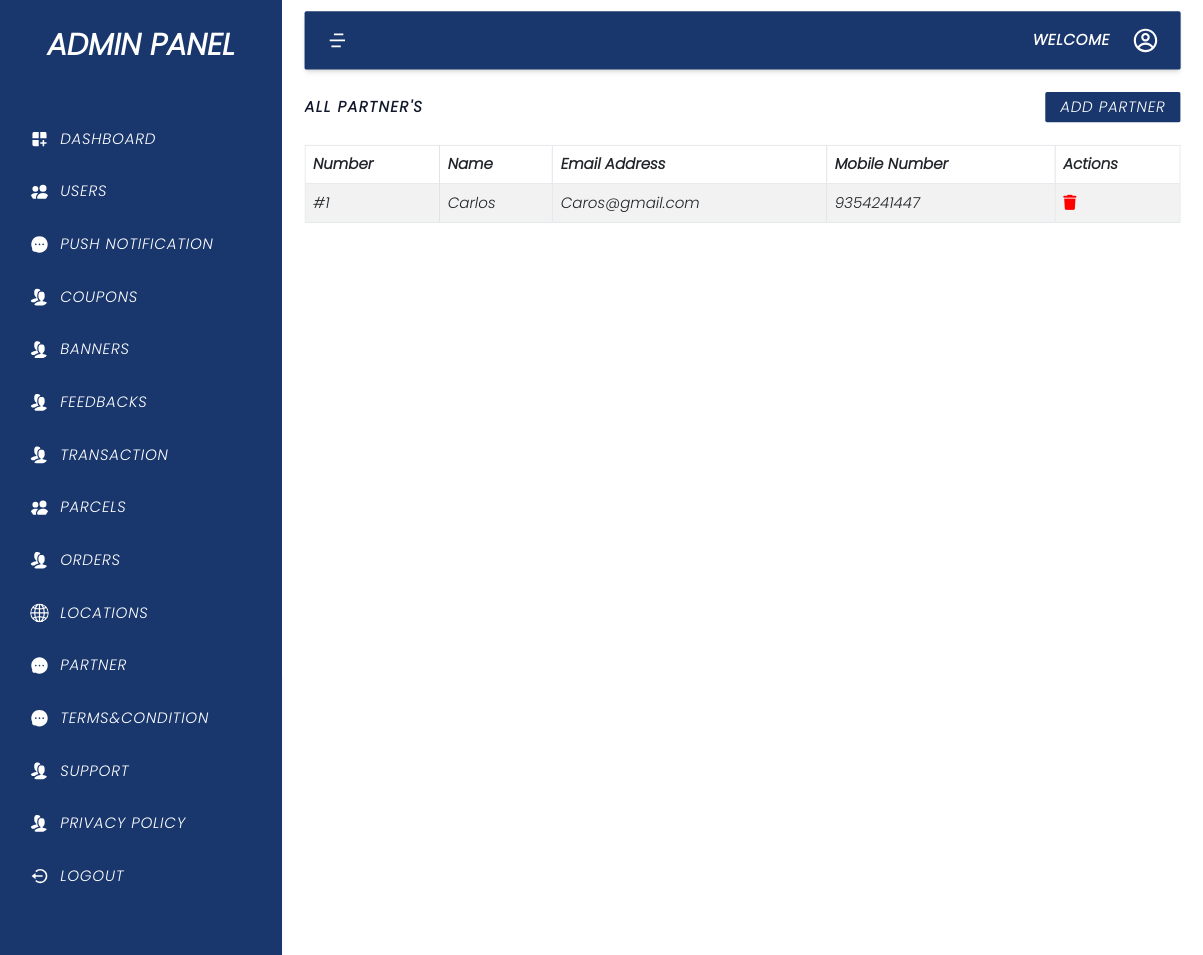
Repository: FlyweisReact/sarita
Page: /kundli
An editor plug-in stored every save of this project. The page is shown before and after a run of saves, followed by the edit.
The browser window is 1280 px wide. The pictures show the whole page, at 94% of full size.
Some web libraries are served in a nearby version. The project was rebuilt for these pictures with package versions that can differ from the ones it lists, and the page was loaded fresh each time. Also part of the build but not shown: src/vendorPanel/forms/VendorLogin.jsx, src/vendorPanel/pages/AdminDiscount.js, src/vendorPanel/pages/AdminReview.js, src/vendorPanel/pages/Astrologers.js, src/vendorPanel/pages/Banners.js, src/vendorPanel/pages/Booking.js, src/vendorPanel/pages/Horoscope.js, src/vendorPanel/pages/Message.js and 9 more.

Above is the page before, as saved 2023-04-19 15:03:31.

### public/index.html
<!-- @format -->

<!DOCTYPE html>
<html lang="en">
  <head>
    <meta charset="utf-8" />
    <meta name="viewport" content="width=device-width, initial-scale=1" />
    <meta name="theme-color" content="#000000" />
    <meta
      name="description"
      content="Web site created using create-react-app"
    />
    <link rel="apple-touch-icon" href="%PUBLIC_URL%/favicon.ico?v=2" />
    <link rel="manifest" href="%PUBLIC_URL%/manifest.json" />
    <link rel="preconnect" href="https://fonts.googleapis.com">
<link rel="preconnect" href="https://fonts.gstatic.com" crossorigin>
<link href="https://fonts.googleapis.com/css2?family=Roboto+Mono:ital,wght@1,300&display=swap" rel="stylesheet">
    <title>Ship24*7</title>
  </head>
  <body>
    <noscript>You need to enable JavaScript to run this app.</noscript>
    <div id="root"></div>
    <script src="https://code.jquery.com/jquery-3.6.0.min.js"></script>
    <script src="https://kit.fontawesome.com/b533b351e4.js" crossorigin="anonymous"></script>
  </body>
</html>

### src/index.js
import React from "react";
import ReactDOM from "react-dom/client";
import "./index.css";
import App from "./App";
import { BrowserRouter } from "react-router-dom";
import 'bootstrap/dist/css/bootstrap.min.css'

const root = ReactDOM.createRoot(document.getElementById("root"));
root.render(
  <React.StrictMode>
    <BrowserRouter>
      <App />
    </BrowserRouter>
  </React.StrictMode>
);

### src/index.css
/** @format */

@tailwind base;
@tailwind components;
@tailwind utilities;
@import url("https://fonts.googleapis.com/css2?family=Roboto+Mono:ital,wght@1,300&display=swap");
@font-face {
  font-family: Roboto;
  src: url("./Fonts/Poppins-LightItalic.ttf");
}
body {
  margin: 0;
  font-family: Roboto !important;
  -webkit-font-smoothing: antialiased;
  -moz-osx-font-smoothing: grayscale;
}

code {
  font-family: Roboto !important;
}

html {
  font-family: Roboto !important;
}

::-webkit-scrollbar {
  width: 10px;
}
.fa-trash {
  color: red;
  cursor: pointer;
}

.iCOn {

  transition: 0.5s;
  box-shadow: none;
  transform: scale(1);
}
.cardDiv{
  cursor: pointer;
}

.cardDiv:hover .iCOn{
  box-shadow: rgba(0, 0, 0, 0.35) 0px 5px 15px;
  transform: scale(1.3);
}

/* Track */
::-webkit-scrollbar-track {
  background: #f1f1f1;
}

/* Handle */
::-webkit-scrollbar-thumb {
  background: #888;
}

/* Handle on hover */
::-webkit-scrollbar-thumb:hover {
  background: #555;
}
.profileImage {
  width: 100px;
}
.fa-eye {
  color: #029aff;
  cursor: pointer;
}
.fa-edit {
  cursor: pointer;
  color: blue;
}

.View {
  border: 1px solid black;
  width: 100%;
  padding: 10px;
}

.main-card--container {
  display: grid;
  grid-template-columns: repeat(3, minmax(300px, 500px));
  grid-gap: 50px;
  justify-content: space-around;
}
.card-container {
  margin: 25px 0 auto;
  box-shadow: rgba(0, 0, 0, 0.35) 0px 5px 15px;
  position: relative;
  display: grid;
  grid-template-columns: 1fr;
  justify-content: space-around;
  align-items: flex-start;
}

.myEdit:focus {
  box-shadow: rgba(0, 0, 0, 0.35) 0px 5px 15px;
}



.AstroLogin{
  color: #fff;
  background-color: #2b7a8e;
  padding: 10px;
  width: 380px;
  text-align: center;
  font-size: 20px;
  background: linear-gradient(to left, #2b7a8e 50%, #fff 50%) right;
  background-size: 200%;
  transition: 0.5s ease-out;
  border: 1px solid #2b7a8e;
  margin-top: 10px;
  text-transform: uppercase;
}
.AstroLogin:hover {
  background-position: left;
  color: #2b7a8e;
}

.EcommerceAdminLogin{
  color: #fff;
  background-color: #19376d ;
  padding: 10px;
  width: 380px;
  text-align: center;
  font-size: 20px;
  background: linear-gradient(to left, #19376d 50%, #fff 50%) right;
  background-size: 200%;
  transition: 0.5s ease-out;
  border: 1px solid #19376d;
  margin-top: 10px;
  text-transform: uppercase;
}

.EcommerceAdminLogin:hover{
  background-position: left;
  color: #19376d;
}
.EcommerceVendorLogin{
  color: #fff;
  background-color: #576cbc;
  padding: 10px;
  width: 380px;
  text-align: center;
  font-size: 20px;
  background: linear-gradient(to left, #576cbc 50%, #fff 50%) right;
  background-size: 200%;
  transition: 0.5s ease-out;
  border: 1px solid #576cbc;
  margin-top: 10px;
  text-transform: uppercase;
}

.EcommerceVendorLogin:hover{
  background-position: left;
  color: #576cbc;
}

.view{
  background-color: #2196f3;
  color: #fff;
  width: 50%;
  padding: 5px;
}


.two-sec{
display:flex;
justify-content: space-evenly;
  justify-content: space-evenly;
}
.two-sec .left{
  width: 60%;
  background-color: #f6f1ef;
  padding: 20px;
 }
 .two-sec .left .head{
  font-size: 25px;
  font-weight: bold;
 }



.two-sec .right{
  width: 30%;
  background-color: #f6f1ef;
 }

 .searchDiv{
  width: 100%;
  display: flex;
  gap: 10px;
  border: 1px solid rgb(179, 179, 179);
  padding: 10px;
  margin-bottom: 20px;
  align-items: center;
 }
 .searchDiv input {
  width: 94%;
  outline: none;
  border: none;
 }

### src/App.js
/** @format */

import { Routes, Route } from "react-router-dom";
import { ToastContainer } from "react-toastify";
import "react-toastify/dist/ReactToastify.css";
import VendorLogin from "./vendorPanel/forms/VendorLogin";
import AdminDiscount from "./vendorPanel/pages/AdminDiscount";
import AdminReview from "./vendorPanel/pages/AdminReview";
import Astrologers from "./vendorPanel/pages/Astrologers";
import Banners from "./vendorPanel/pages/Banners";
import Booking from "./vendorPanel/pages/Booking";
import Horoscope from "./vendorPanel/pages/Horoscope";
import Kundli from "./vendorPanel/pages/Kundli";
import Message from "./vendorPanel/pages/Message";
import UploadDocs from "./vendorPanel/pages/UploadDocs";
import Users from "./vendorPanel/pages/Users";
import VendorDashboard from "./vendorPanel/pages/VendorDashboard.jsx";
import AdminUsers from "./vendorPanel/pages/AdminUsers";
import AdminBlogs from "./vendorPanel/pages/AdminBlogs";
import AdminCategory from "./vendorPanel/pages/AdminCategory";
import Support from "./vendorPanel/pages/Support";
import AdminTerms from "./vendorPanel/pages/AdminTerms";
import BannedItems from "./vendorPanel/pages/BannedItems";

function App() {
  return (
    <>
      <ToastContainer />

      <Routes>
        <Route path="/" element={<VendorLogin />} />
        <Route path="/vendorDashboard" element={<VendorDashboard />} />
        <Route path="/msg" element={<Message />} />
        <Route path="/admin/users" element={<AdminUsers />} />
        <Route path="/AdminDiscount" element={<AdminDiscount />} />
        <Route path="/Banners" element={<Banners />} />
        <Route path="/adminReviews" element={<AdminReview />} />

        <Route path="/admin/blogs" element={<AdminBlogs />} />
        <Route path="/book" element={<Booking />} />

        <Route path="/horo" element={<Horoscope />} />
        <Route path="/astro" element={<Astrologers />} />
        <Route path="/kundli" element={<Kundli />} />



        <Route path="/uploadDocs" element={<UploadDocs />} />
        <Route path="/privacy-policy" element={<Users />} />
        <Route path="/admin/category" element={<AdminCategory />} />
        <Route path="/admin/support" element={<Support />} />
        <Route path="/admin/terms" element={<AdminTerms />} />


        <Route path="/bannedItem" element={<BannedItems />} />

      </Routes>
    </>
  );
}

export default App;

### src/vendorPanel/pages/Kundli.js
/** @format */

import React from "react";
import { Table, Modal, Form, Button } from "react-bootstrap";
import HOC from "../layout/HOC";

const Kundli = () => {
  const [modalShow, setModalShow] = React.useState(false);


  function MyVerticallyCenteredModal(props) {
    return (
      <Modal
        {...props}
        size="lg"
        aria-labelledby="contained-modal-title-vcenter"
        centered
      >
        <Modal.Header closeButton>
          <Modal.Title id="contained-modal-title-vcenter">
            Add Partner
          </Modal.Title>
        </Modal.Header>
        <Modal.Body>
          <Form>


            <Form.Group className="mb-3">
              <Form.Label>Name</Form.Label>
              <Form.Control type="text" required />
            </Form.Group>
            <Form.Group className="mb-3">
              <Form.Label>Email Address</Form.Label>
              <Form.Control type="email" required />
            </Form.Group>
            <Form.Group className="mb-3">
              <Form.Label>Mobile Number </Form.Label>
              <Form.Control type="tel" pattern="[0-9]{10}" required />
            </Form.Group>

            <Button style={{ backgroundColor: "#19376d", borderRadius: "0" }}  type="submit">
              Submit
            </Button>
          </Form>
        </Modal.Body>
      </Modal>
    );
  }



  return (
    <>
      <MyVerticallyCenteredModal
        show={modalShow}
        onHide={() => setModalShow(false)}
      />
      <section>
        <div className="pb-4 sticky top-0  w-full flex justify-between items-center bg-white">
          <span className="tracking-widest text-slate-900 font-semibold uppercase ">
            All Partner's
          </span>
          <button
            onClick={() => {
              setModalShow(true);
            }}
            className="md:py-2 px-3 md:px-4 py-1 rounded-sm bg-[#19376d] uppercase  text-white tracking-wider"
          >
            Add partner
          </button>
        </div>

        <Table striped bordered hover>
          <thead>
            <tr>
              <th>Number</th>
              <th>Name</th>
              <th>Email Address</th>
              <th> Mobile Number   </th>
              <th>Actions</th>
            </tr>
          </thead>
          <tbody>
            <tr>
              <td>#1</td>
              <td>Carlos</td>
              <td>Caros@gmail.com</td>
              <td>9354241447</td>

              <td>
                <i className="fa-solid fa-trash" />
              </td>
            </tr>
          </tbody>
        </Table>
      </section>
    </>
  );
};

export default HOC(Kundli);

### src/vendorPanel/layout/HOC.jsx
import React, { useState } from "react";
import Navbar from "./Navbar";
import Sidebar from "./Sidebar";

const HOC = (Wcomponenet) => {
  return function Component() {
    const [hamb, setHamb] = useState(false);
    return (
      <>
        <section className="flex overflow-x-hidden relative">
          {/* Sidebar */}
          <div
            className={
              hamb
                ? " absolute top-0 z-30 md:w-auto shadow-md bg-slate-200  w-60 transition-all md:-left-full left duration-150  h-auto overflow-y-auto  left-0 "
                : " md:w-72 z-30 bg-slate-200  shadow-md  md:static absolute top-0 -left-full   transition-all duration-150  overflow-y-auto h-auto"
            }
            style={{minWidth : '300px'}}
          >
            <Sidebar hamb={hamb} setHamb={setHamb} />
          </div>
          {/* Components & Navbar */}
          <div
            className={
              hamb
                ? " transition-all px-4 py-2  bg-white duration-150 w-full h-screen"
                : " w-full h-screen  px-4 py-2  bg-white z-50 transition-all duration-150 "
            }
          >
            <Navbar hamb={hamb} setHamb={setHamb} />
            <div className="my-6 text-#000 h-[87%] wcomp overflow-y-auto">
              <Wcomponenet />
            </div>
          </div>
        </section>
      </>
    );
  };
};

export default HOC;

### src/vendorPanel/layout/Navbar.jsx
/** @format */

import { RiMenu4Line } from "react-icons/ri";
import { CgProfile } from "react-icons/cg";
import Form from "react-bootstrap/Form";
import { useState } from "react";
import Button from "react-bootstrap/Button";
import Modal from "react-bootstrap/Modal";
import Container from "react-bootstrap/Container";

function MyVerticallyCenteredModal(props) {
  return (
    <Modal
      {...props}
      size="lg"
      aria-labelledby="contained-modal-title-vcenter"
      centered
    >
      <Modal.Header closeButton>
        <Modal.Title id="contained-modal-title-vcenter">
          Edit Profile
        </Modal.Title>
      </Modal.Header>
      <Modal.Body>
        <Container style={{ width: "600px" }}>
          <Form>
            <Form.Group className="mb-3" controlId="formBasicEmail">
              <Form.Label>Name</Form.Label>
              <Form.Control type="text" placeholder="Admin" />
            </Form.Group>
            <Form.Group className="mb-3" controlId="formBasicPassword">
              <Form.Label>Email Address</Form.Label>
              <Form.Control type="email" placeholder="admin@gmail.com" />
            </Form.Group>
            <Form.Group className="mb-3" controlId="formBasicPassword">
              <Form.Label>Password</Form.Label>
              <Form.Control type="password" placeholder="Password" />
            </Form.Group>
            <Button
              style={{ backgroundColor: "#19376d", borderRadius: "0" }}
              type="submit"
            >
              Edit
            </Button>
          </Form>
        </Container>
      </Modal.Body>
    </Modal>
  );
}

const Navbar = ({ hamb, setHamb }) => {
  const [modalShow, setModalShow] = useState(false);

  return (
    <>
      <MyVerticallyCenteredModal
        show={modalShow}
        onHide={() => setModalShow(false)}
      />

      <div
        className={
          hamb
            ? "flex  w-full justify-between  my-1 rounded-sm  p-4 py-3 shadow-md items-center  bg-slate-200 space-x-4"
            : "flex  w-full justify-between my-1 rounded-sm  p-4 py-3 shadow-md items-center  bg-slate-200 space-x-4"
        }
        style={{ backgroundColor: "#19376d" }}
      >
        <RiMenu4Line
          onClick={() => setHamb(!hamb)}
          className="text-2xl font-bold text-gray-900 hover:scale-90 cursor-pointer"
          style={{ color: "#fff" }}
        />

        <section className="flex sm:ml-auto justify-end sm:w-full items-center space-x-2  pr-2">
          <figcaption className="tracking-wider pl-1 font-semibold">
            <div
              className="lg:text-base text-sm text-gray-900  uppercase"
              style={{ color: "#fff" }}
            >
              Welcome
            </div>
          </figcaption>
        </section>

        <CgProfile
          onClick={() => setModalShow(true)}
          className="text-2xl sm:text-3xl font-bold text-[rgb(241,146,46)] cursor-pointer"
          style={{ color: "#fff" }}
        />
      </div>
    </>
  );
};

export default Navbar;

### src/vendorPanel/layout/Sidebar.jsx
/** @format */

import React from "react";
import { RiCloseLine } from "react-icons/ri";
import { Link, useNavigate } from "react-router-dom";
import { BsFillPeopleFill } from "react-icons/bs";
import { ImUsers } from "react-icons/im";
import { BiLogOutCircle } from "react-icons/bi";
import { MdDashboardCustomize } from "react-icons/md";
import { BsGlobe2 } from "react-icons/bs";
import { AiFillMessage } from "react-icons/ai";

const Sidebar = ({ hamb, setHamb }) => {
  const navigate = useNavigate();

  const nav = [
    {
      icon: <MdDashboardCustomize className="text-xl mr-3 rounded-full " />,
      link: "/vendorDashboard",
      name: "DASHBOARD",
    },
    {
      icon: <BsFillPeopleFill className="text-xl mr-3 rounded-full " />,
      link: "/admin/users",
      name: "USERS",
    },
    {
      icon: <AiFillMessage className="text-xl mr-3 rounded-full " />,
      link: "/msg",
      name: "Push NOTIFICATION",
    },
    {
      icon: <ImUsers className="text-xl mr-3 rounded-full " />,
      link: "/AdminDiscount",
      name: "COUPONS",
    },
    {
      icon: <ImUsers className="text-xl mr-3 rounded-full " />,
      link: "/Banners",
      name: "BANNERS",
    },
    {
      icon: <ImUsers className="text-xl mr-3 rounded-full " />,
      link: "/adminReviews",
      name: "FEEDBACKS",
    },
    {
      icon: <ImUsers className="text-xl mr-3 rounded-full " />,
      link: "/admin/blogs",
      name: "Transaction",
    },
    {
      icon: <BsFillPeopleFill className="text-xl mr-3 rounded-full " />,
      link: "/astro",
      name: "Parcels",
    },

    {
      icon: <ImUsers className="text-xl mr-3 rounded-full " />,
      link: "/book",
      name: "Orders",
    },



    {
      icon: <BsGlobe2 className="text-xl mr-3 rounded-full " />,
      link: "/horo",
      name: "Locations",
    },
    {
      icon: <AiFillMessage className="text-xl mr-3 rounded-full " />,
      link: "/kundli",
      name: "Partner",
    },









    {
      icon: <AiFillMessage className="text-xl mr-3 rounded-full " />,
      link: "/admin/terms",
      name: "TERMS&CONDITION",
    },
    {
      icon: <ImUsers className="text-xl mr-3 rounded-full " />,
      link: "/admin/support",
      name: "SUPPORT",
    },
    {
      icon: <ImUsers className="text-xl mr-3 rounded-full " />,
      link: "/privacy-policy",
      name: "PRIVACY POLICY",
    },

  ];

  const logOut = () => {
    navigate("/");
  };

  return (
    <>
      <aside
        className="p-4 h-auto"
        style={{ backgroundColor: "#19376d", minHeight: "100vh" }}
      >
        {/* Top */}
        <div className="w-full md:hidden relative  p-2 mb-4">
          <RiCloseLine
            onClick={() => setHamb(!hamb)}
            className="text-3xl  absolute top-2 sm:hover:rotate-[228deg] transition-transform font-bold right-2 sm:hover:text-[22px] text-[rgb(241,146,46)] cursor-pointer"
          />
        </div>{" "}
        <figure className="flex  flex-col items-center">
          <span className="font-bold text-[#fff]" style={{ fontSize: "2rem"  , textAlign : 'center'}}>
            ADMIN PANEL
          </span>
        </figure>
        <nav className="py-6">
          {nav.map((nav) => {
            return (
              <Link
                to={nav.link}
                key={nav.name}
                className=""
                style={{ textDecoration: "none"  , textTransform : 'uppercase'}}
              >
                <span
                  className="flex my-3 items-center cursor-pointer text-gray-900    tracking-wider p-2 rounded-sm"
                  style={{ color: "#fff" }}
                >
                  {nav.icon} {nav.name}
                </span>
              </Link>
            );
          })}
          <span
            className="flex my-3 items-center cursor-pointer text-gray-900    tracking-wider p-2 rounded-sm"
            onClick={() => logOut()}
            style={{ color: "#fff", textTransform : 'uppercase' }}
          >
            <BiLogOutCircle className="text-xl mr-3 rounded-full " /> LogOut
          </span>
        </nav>
      </aside>
    </>
  );
};

export default Sidebar;

Loaded but not shown: tailwind.config.js (common file)

After the next 2 saves:
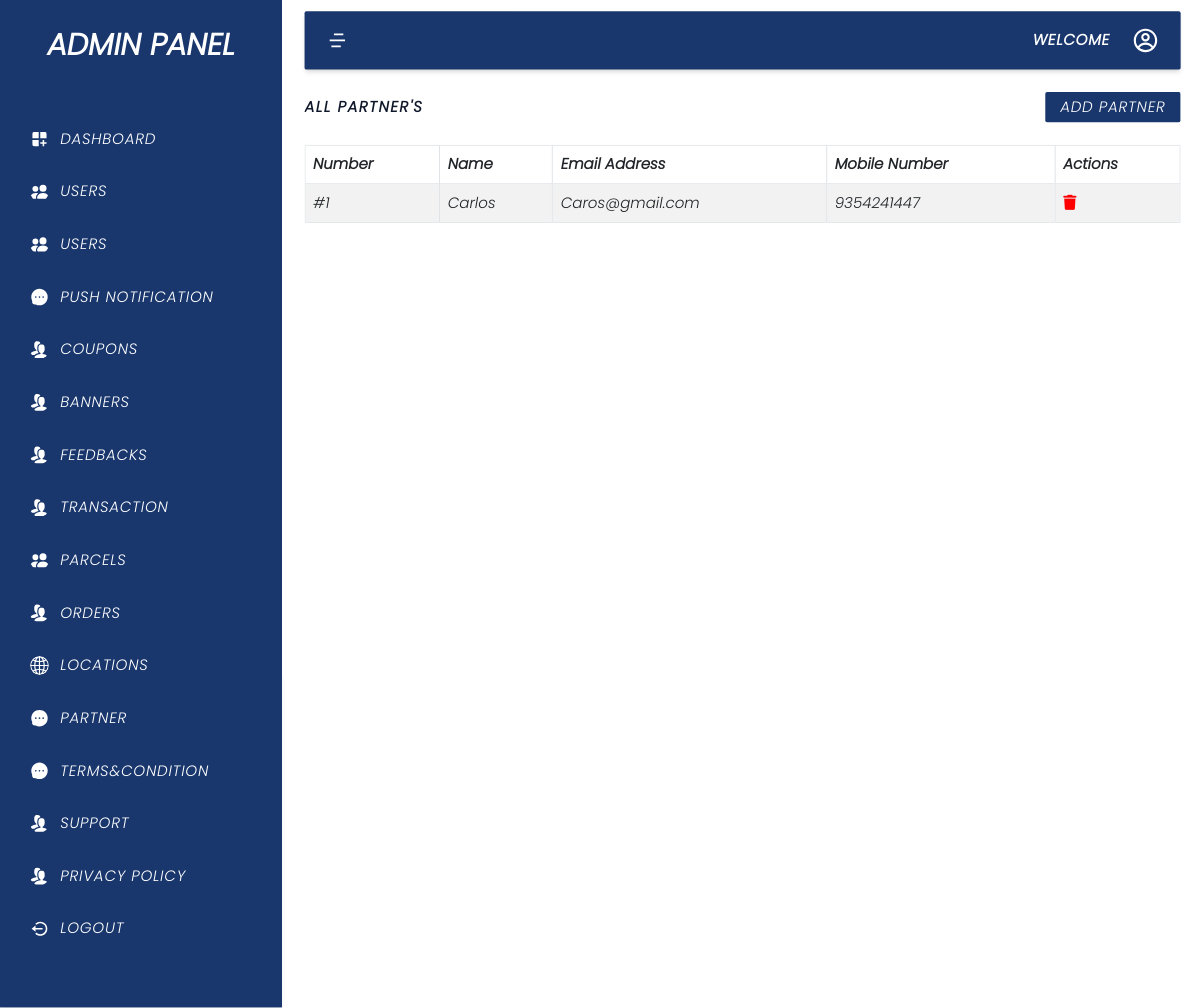
The 2 saves are shown as one change because they came seconds apart.
The last was saved 39 s later.
--- a/src/vendorPanel/layout/Sidebar.jsx
+++ b/src/vendorPanel/layout/Sidebar.jsx
@@ -22,6 +22,11 @@ const Sidebar = ({ hamb, setHamb }) => {
     {
       icon: <BsFillPeopleFill className="text-xl mr-3 rounded-full " />,
       link: "/admin/users",
+      name: "USERS",
+    },
+    {
+      icon: <BsFillPeopleFill className="text-xl mr-3 rounded-full " />,
+      link: "/admin/=",
       name: "USERS",
     },
     {
